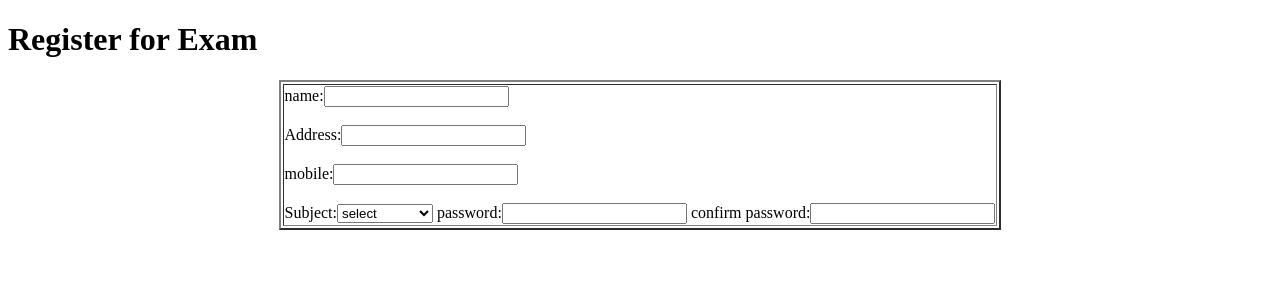
Repository: ravikumar0303/Advance-Java
Page: Assignment/OnlineExam/register.html
An editor plug-in stored every save of this project. The page is shown before and after the next save, followed by the edit.
The browser window is 1280 px wide. The pictures show the whole page.

Above is the page before, as saved 2023-06-23 03:47:42.

After the next save:
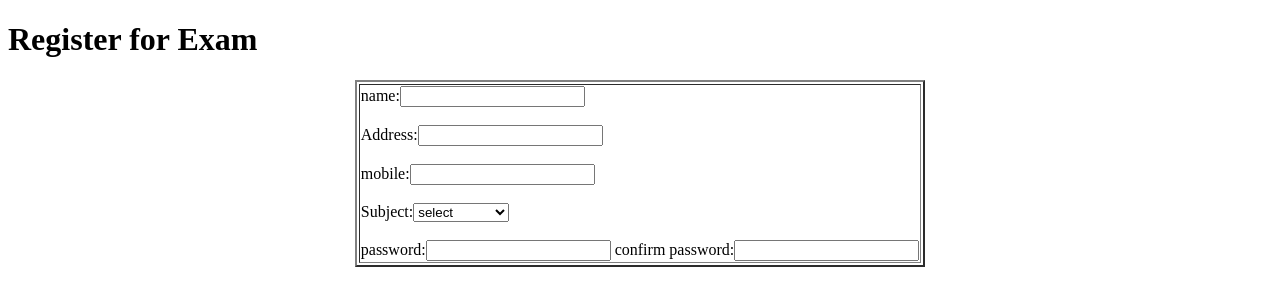
Saved 9 s later.
--- a/Assignment/OnlineExam/register.html
+++ b/Assignment/OnlineExam/register.html
@@ -26,6 +26,7 @@
      <option value="corejava">CORE JAVA</option>
 
      </select>
+     <br></br>
       password:<input type="text" id="p1"></input>
      confirm password:<input type="text" id="c1"></input></td>
   </table></form>
